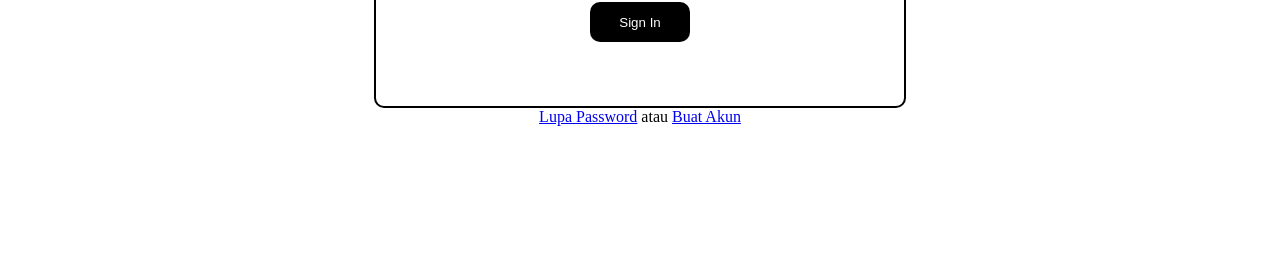
Repository: askan-ken/SMK-Telkom
Page: index.html
These files come from the project's save history. The page is drawn as it stood at one moment and after the next save; the edit follows.
The browser window is 1280 px wide. The pictures show the part of the page from y = 1310 to 2262 px (the page is 1564 px tall before and 2262 px after).
A picture or video elsewhere on the page could not be fetched, so the positions and the page height are approximate. Some web fonts or font styles are not loaded; a fallback is used.

Above is the page before, as saved 2023-02-17 20:09:01.

### index.html
<!DOCTYPE html>
<html lang="en">

<head>
  <meta charset="UTF-8">
  <meta http-equiv="X-UA-Compatible" content="IE=edge">
  <meta name="viewport" content="width=device-width, initial-scale=1.0">
  <link rel="icon" href="https://smktelkom-lpg.sch.id/wp-content/uploads/2022/09/Logo-SMK-Telkom-Lampung-Primary-4K-White.png">
  <title>SMK Telkom Lampung</title>
  <link rel="stylesheet"
    href="https://fonts.googleapis.com/css2?family=Material+Symbols+Outlined:opsz,wght,FILL,GRAD@48,400,0,0" />
  <link rel="stylesheet" href="style.css">
</head>

<body>
  <!-- Navbar section -->
  <section>
    <div class="navbar">
      <div class="nav-container">
        <div class="nav-logo">
          <img
            src="https://smktelkom-lpg.sch.id/wp-content/uploads/2022/09/Logo-SMK-Telkom-Lampung-Primary-4K-White.png"
            alt="logo">
        </div>
        <div class="nav-links">
          <ul>
            <li><a href="#home" onclick="displayBlockHome()">Home</a></li>
            <li><a href="#gallery" onclick="displayBlockGallery()">Gallery</a></li>
            <li><a href="#login" onclick="displayBlockLogin()" id="loginButton">Login</a></li>
            <li><button onclick="onLogout()" id="logoutButton" class="logout">Log Out</button></li>
          </ul>
        </div>
        <div class="nav-social">
          <img src="./assets/icons8-facebook.svg" alt="">
          <img src="./assets/icons8-pinterest.svg" alt="">
          <img src="./assets/icons8-twitter.svg" alt="">
          <img src="./assets/icons8-youtube.svg" alt="">
        </div>
      </div>
    </div>
  </section>

  <!-- Home Section -->
  <section class="home active" id="home">
    <div class="home-container">
      <div class="sambutan">
        <div class="sambutan-img">
          <img src="https://smktelkom-lpg.sch.id/wp-content/uploads/2022/09/Untitled-1-500x500.png" alt="" />
        </div>
        <div class="sambutan-desc">
          <h1>SAMBUTAN KEPALA SEKOLAH</h1>
          <div class="separator" />
          <p>
            Selamat datang di website SMK Telkom Lampung yang saya tujukan
            untuk seluruh unsur pimpinan, guru, karyawan dan siswa serta
            khalayak umum guna dapat mengakses seluruh informasi tentang
            sekolah kami. Tentunya dalam penyajian informasi masih banyak
            kekurangan, oleh karena itu kepada seluruh civitas akademika dan
            masyarakat umum dapat memberikan saran dan kritik demi kemajuan
            lebih lanjut.
            <br />
            <br />
            Saya berharap Website ini dapat dijadikan wahana interaksi yang
            positif baik antar civitas akademika maupun masyarakat pada
            umumnya, sehingga dapat menjalin silaturahmi yang erat disegala
            unsur. Mari kita bekerja dan berkarya dengan mengharap ridho sang
            Kuasa dan keikhlasan yang tulus demi anak bangsa.
          </p>
          <p class="nama">– Adang Wihanda, S.T.</p>
        </div>
      </div>
    </div>
  </section>

  <!-- gallery Section -->
  <section class="gallery" id="gallery">
    <div class="gallery-container">
      <h1>Foto Gallery SMK Telkom Lampung</h1>
      <label for="file">
        <input type="file" id="myFile" multiple>
        <button id="uploadButton" onclick="uploadImage()">Upload Foto</button>
      </label>
      <div id="message"></div>
      <div id="imageContainer">
        <img class="images" src="" alt="">
      </div>
    </div>

  </section>

  <!-- Login Section -->
  <section class="login" id="login">
    <div class="login-container">
      <div class="login-top">
        <h1>Login</h1>
      </div>
      <div class="login-form">
        <form>
          <label for="username">
            <span>username</span>
            <input type="text" name="username" id="username" class="input" value="" required autofocus autocomplete="">
          </label>
          <label for="password">
            <span>password</span>
            <input type="password" name="password" id="password" class="input" value="" required autofocus
              autocomplete="admin123">
          </label>
          <div class="form-btn">
            <button  onclick="onLogin()">Sign In</button>
          </div>
        </form>
      </div>
      <div class="login-bot">
        <a href="#" id="forgot">Lupa Password</a>
        atau
        <a href="#register" id="registerBtn"">Buat Akun</a>
      </div>
    </div>
  </section>

  <!-- SignUp Section  -->
  <section class="register" id="register">
    <div class="register-container">
      <div class="register-top">
        <h1>register</h1>
      </div>
      <div class="register-form">
        <form action="">
          <label for="username">
            <span>username</span>
            <input type="text" name="username" id="username" class="input" value="" required autofocus autocomplete="">
          </label>
          <label for="password">
            <span>password</span>
            <input type="password" name="password" id="password" class="input" value="" required autofocus>
          </label>
          <div class="form-btn">
            <button onclick="onLogin()" id="loginButton">Sign Up</button>
          </div>
        </form>
      </div>
      <div class="register-bot">
        <a href="login" id="login-a"></a>
      </div>
    </div>
  </section>
  <script src="index.js"></script>
</body>

</html>

### style.css
* {
  margin: 0;
  padding: 0;
}

/* navbar start */

.navbar {
  position: fixed;
  top: 0;
  width: 100%;
}

.nav-container {
  display: flex;
  justify-content: center;
  align-items: center;
  padding: 0 4rem;
  background-color: black;
}

.nav-logo {
  flex: 2;
}

.nav-logo img {
  width: 200px;
}

.nav-links {
  flex: 5;
  display: flex;
  justify-content: center;
  align-items: center;
  width: 400px;
}

.nav-links ul {
  list-style: none;
  display: flex;
  gap: 20px;
}

.nav-links li a {
  text-decoration: none;
  color: white;
}
.logout {
  background: none;
  color: white;
  position: relative;
  right: 20px;
  cursor: pointer;
}

.nav-social {
  flex: 2;
  display: flex;
  flex-direction: row-reverse;
}

.nav-social img {
  width: 30px;
}

/* home start */

.home {
  display: block;
  transition: 0.3s;
}
.home:active {
  display: block;
}
.home-container {
  display: flex;
  justify-content: center;
  align-items: center;
  padding: 4rem 4rem;
  height: 100vh;
}

.sambutan {
  display: flex;
  flex-direction: row;
  justify-content: center;
}

.sambutan-img {
  flex: 2;
}

.sambutan-img img {
  width: 400px;
}

.sambutan-desc {
  flex: 2;
}

.separator {
  width: 40px;
  height: 2px;
  background: #666666;
}

.sambutan-desc h1 {
  padding-bottom: 1rem;
  font-size: 35px;
  color: #dd3333;
}

.sambutan-desc p {
  width: 400px;
  padding: 1rem 0;
  color: #666666;
}

.nama {
  font-weight: bold;
  font-style: italic;
}

/* Gallery sart */
.gallery {
  display: none;
  padding: 10rem 0;
  height: 100vh;
  transition: 0.3s;
}
.gallery-container {
  display: flex;
  flex-direction: column;
  align-items: center;
  justify-content: center;
  line-height: 70px;
}

.images {
  display: grid;
  grid-template-columns: repeat(3, 1fr);
  grid-row-gap: 2rem;
  grid-column-gap: 0.77rem 0rem;
}
.images img {
  width: 300px;
}
.upload {
  font-size: 50px;
  border: 2px red solid;
  border-radius: 50%;
  color: red;
  cursor: pointer;
}
/* Login */
.login {
  display: none;
  padding: 8rem 0;
}
.login-container {
  display: flex;
  flex-direction: column;
  align-items: center;
}
.login-top {
  padding: 2rem 0;
}
.login-top h1 {
  font-size: 30px;
  text-transform: uppercase;
}
.login-form {
  border: 2px solid black;
  border-radius: 10px;
  height: auto;
  padding: 2rem 4rem;
}
.login-form form {
  line-height: 40px;
  padding: 2rem 0;
  width: 400px;
  display: flex;
  flex-direction: column;
}
.login-form label {
  display: flex;
  flex-direction: column;
}
.input {
  width: 400px;
  height: 30px;
  border-radius: 10px;
  border: none;
  outline: none;
  background: gray;
}
.form-btn {
  padding-top: 2rem;
  display: flex;
  justify-content: center;
}
.form-btn button {
  width: 100px;
  height: 40px;
  background: black;
  color: white;
  border: none;
  border-radius: 10px;
}
.images {
  display: grid;
  grid-template-columns: repeat(3, 1fr);
  grid-row-gap: 2rem;
  grid-column-gap: 0.77rem 0rem;
}
.images img {
  width: 300px;
}

/* Register */

.register {
  padding: 8rem 0;
}
.register-container {
  display: flex;
  flex-direction: column;
  align-items: center;
}
.register-top {
  padding: 2rem 0;
}
.register-top h1 {
  font-size: 30px;
  text-transform: uppercase;
}
.register-form {
  border: 2px solid black;
  border-radius: 10px;
  height: auto;
  padding: 2rem 4rem;
}
.register-form form {
  line-height: 40px;
  padding: 2rem 0;
  width: 400px;
  display: flex;
  flex-direction: column;
}
.register-form label {
  display: flex;
  flex-direction: column;
}
.input {
  width: 400px;
  height: 30px;
  border-radius: 10px;
  border: none;
  outline: none;
  background: gray;
}
.form-btn {
  padding-top: 2rem;
  display: flex;
  justify-content: center;
}
.form-btn button {
  width: 100px;
  height: 40px;
  background: black;
  color: white;
  border: none;
  border-radius: 10px;
}

### index.js
const home = document.getElementById("home");
const gallery = document.getElementById("gallery");
const logIn = document.getElementById("login");
const usernameInput = document.getElementById("username");
const passwordInput = document.getElementById("password");
const loginButton = document.getElementById("loginButton");
const logoutButton = document.getElementById("logoutButton");
const message = document.getElementById("message");
const upload = document.getElementById("uploadButton");
const register = document.getElementById("register");
const registerButton = document.getElementById("registerBtn");

register.style.display = "none";
logoutButton.style.display = "none";
home.addEventListener("click", displayBlockHome);
function displayBlockHome() {
  home.style.display = "block";
  gallery.style.display = "none";
  register.style.display = "none";
  logIn.style.display = "none";
}

gallery.addEventListener("click", displayBlockGallery);
function displayBlockGallery() {
  gallery.style.display = "block";
  home.style.display = "none";
  logIn.style.display = "none";
  register.style.display = "none";
}

logIn.addEventListener("click", displayBlockLogin);
function displayBlockLogin() {
  logIn.style.display = "block";
  home.style.display = "none";
  gallery.style.display = "none";
  register.style.display = "none";
}

registerButton.addEventListener("click", displayBlockRegister);
function displayBlockRegister() {
  register.style.display = "block";
  home.style.display = "none";
  logIn.style.display = "none";
  gallery.style.display = "none";
}

function onLogin() {
  localStorage.setItem("username", usernameInput.value);
  logoutButton.style.display = "block";
  if (usernameInput.value == "admin" && passwordInput.value == "admin123") {
    localStorage.setItem("role", "admin");
    loginButton.style.display = "none";
    logoutButton.style.display = "block";
    logIn.style.display = "none";
    gallery.style.display = "none";
    home.style.display = "block";
  } else {
    alert("masukan username sebagai admin dan password sebagai admin 123");
    logoutButton.style.display = "none";
    logIn.style.display = "block";
    gallery.style.display = "none";
    home.style.display = "none";
  }
}
if (localStorage.getItem("role") == "admin") {
  home.style.display = "block";
  logIn.style.display = "none";
} else {
  logIn.style.display = "block";
}

function onLogout() {
  localStorage.clear();
  location.reload();
}
var input = document.getElementById("myFile");
var uploadButton = document.getElementById("uploadButton");
uploadButton.addEventListener("click", function () {
  for (var i = 0; i < input.files.length; i++) {
    var file = input.files[i];
    var reader = new FileReader();
    reader.onload = function (e) {
      localStorage.setItem(file.name, e.target.result);
    };
    reader.readAsDataURL(file);
  }
});
uploadButton.addEventListener("click", uploadImgae);
function uploadImgae() {
  message.innerText = "foto berhasil di upload, silahkan refresh halaman";
}

var imageContainer = document.getElementById("imageContainer");

for (var i = 0; i < localStorage.length; i++) {
  var key = localStorage.key(i);

  if (key.endsWith(".jpg") || key.endsWith(".png") || key.endsWith(".gif")) {
    var img = document.createElement("img");
    img.src = localStorage.getItem(key);
    img.style.width = "600px";
    img.style.height = "auto";
    img.style.padding = "0 1rem";
    img.style.borderRadius = "5px";

    imageContainer.appendChild(img);
  }
}

After the next save:
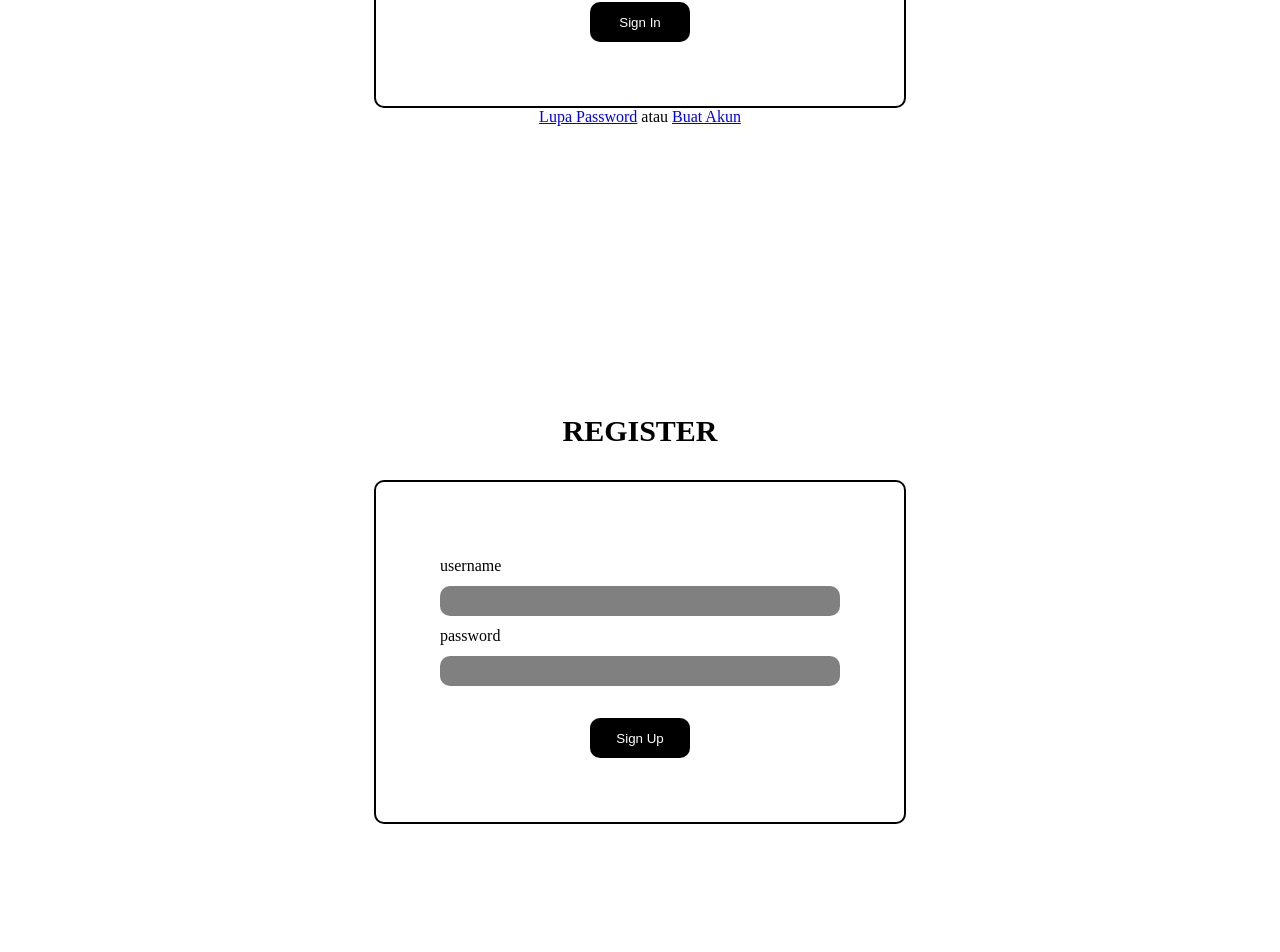
Saved 51 s later.
--- a/index.js
+++ b/index.js
@@ -10,7 +10,6 @@ const upload = document.getElementById("uploadButton");
 const register = document.getElementById("register");
 const registerButton = document.getElementById("registerBtn");
 
-register.style.display = "none";
 logoutButton.style.display = "none";
 home.addEventListener("click", displayBlockHome);
 function displayBlockHome() {
